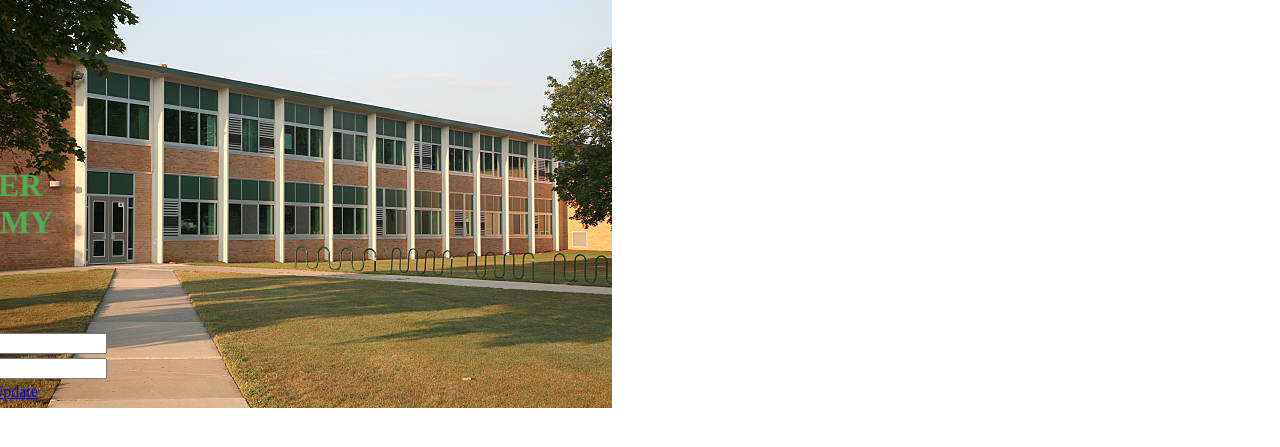
Repository: priyankagit8692/Phase_2_SimpliLearn-
Page: http://localhost/LearnerAcademyProject/AdminLogin.jsp
The author's editor kept a copy of each file at every save. The page is drawn from the files as they stood at one save, then again after the next save.
The browser window is 1280 px wide. The pictures show the whole page.
The page is served by Tomcat 9. Other server files are loaded and not shown.

Above is the page before, as saved 2021-03-20 15:10:40.

### FinalProjectPhase2/LearnerAcademyProject/WebContent/AdminLogin.jsp
<%@ page language="java" contentType="text/html; charset=ISO-8859-1"
    pageEncoding="ISO-8859-1"%>
<!DOCTYPE html>
<html>
<head>
<meta charset="ISO-8859-1">
<title>Insert title here</title>
</head>
<style>
body {
  background-image: url("images/academy.jpg");
  background-repeat: no-repeat;
  max-width: 200%;
  height: auto;
}
div {
  border: 8px solid gray;
  padding: 8px;
  width: 100px;
  height: 100px;
  padding: 30px;
  transform: translate(-200px,50px);
}
h1{
  transform: translate(40px,50px);
  color: #4CAF50;
}
</style>
<body>
  <div align='right'>
  <h1>LEARNER  ACADEMY</h1> <br><br>
  <h3>Administration Login</h3>
  <form action="adminLogin" method="post" cellpadding="5" cellspacing="5">
    <table>
        <tr>
            <td>Username:</td>
            <td><input type="text" name="uname"></td>
        </tr>
        <tr>
            <td>Password:</td>
            <td><input type="password" name="password"></td>
        </tr>
        <tr>
            <td></td>
            <td><a href="AdminRegistration.jsp">Register</a>&nbsp&nbsp&nbsp&nbsp<a href="AdminUpdate.jsp">Update</a></td>
        </tr>
        <tr>
            <td></td>
            <td>
                <button type="submit">Login</button>
            </td>
        </tr>
    </table>
    <br>
    <c:if test="${not empty msg}">
        <c:out value="${msg}"/>
    </c:if>


</form>
  </div>
</body>
</html>

After the next save:
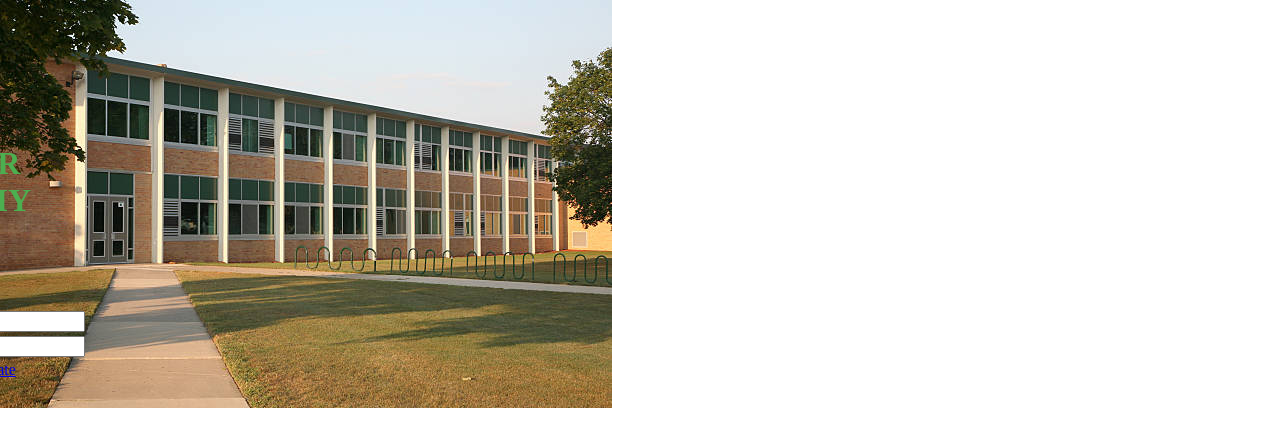
Saved 24 s later.
--- a/FinalProjectPhase2/LearnerAcademyProject/WebContent/AdminLogin.jsp
+++ b/FinalProjectPhase2/LearnerAcademyProject/WebContent/AdminLogin.jsp
@@ -18,7 +18,7 @@ div {
   padding: 8px;
   width: 100px;
   height: 100px;
-  padding: 30px;
+
   transform: translate(-200px,50px);
 }
 h1{
